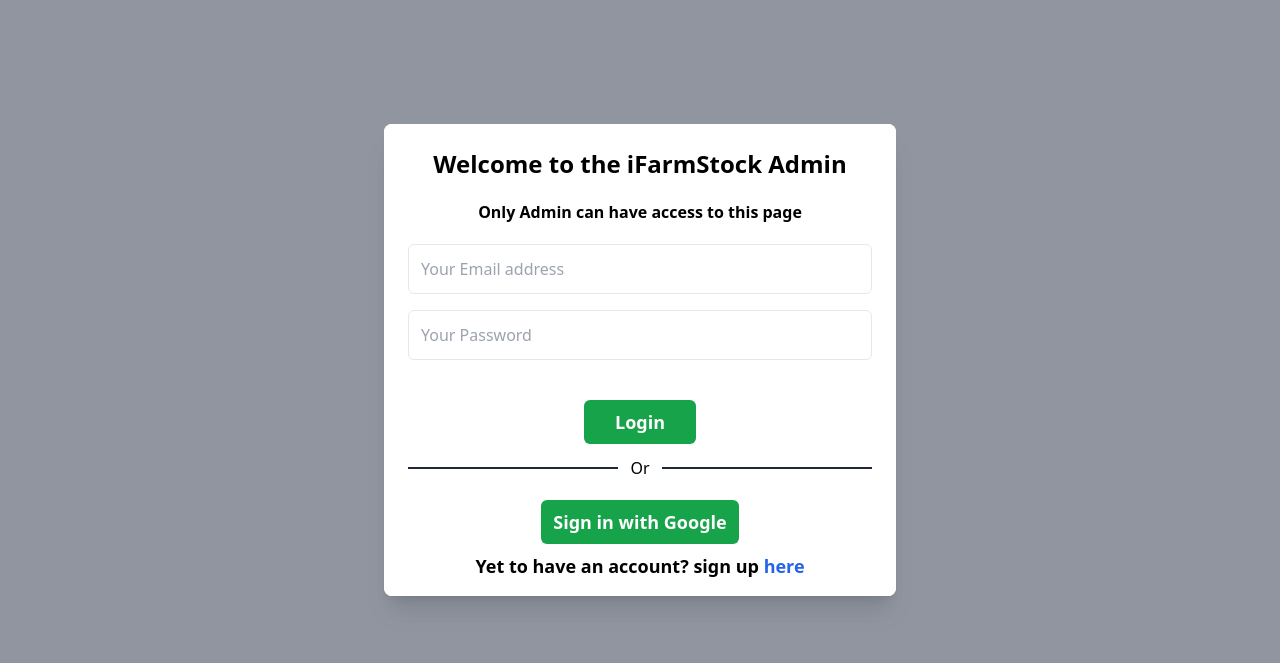
Repository: IssaMuiz/ifarmstock-admin
Page: /
The author's editor kept a copy of each file at every save. The page is drawn from the files as they stood at one save, then again after the next save.
The browser window is 1280 px wide. The pictures show the whole page.
The project was rebuilt for these pictures with package versions that can differ from the ones it lists, and the page was loaded fresh each time. The framework's server and built-in components were replaced by stand-ins that run in the browser. Also part of the build but not shown: next.config.mjs, components/spinner.tsx.

Above is the page before, as saved 2024-09-28 03:29:55.

After the next save:
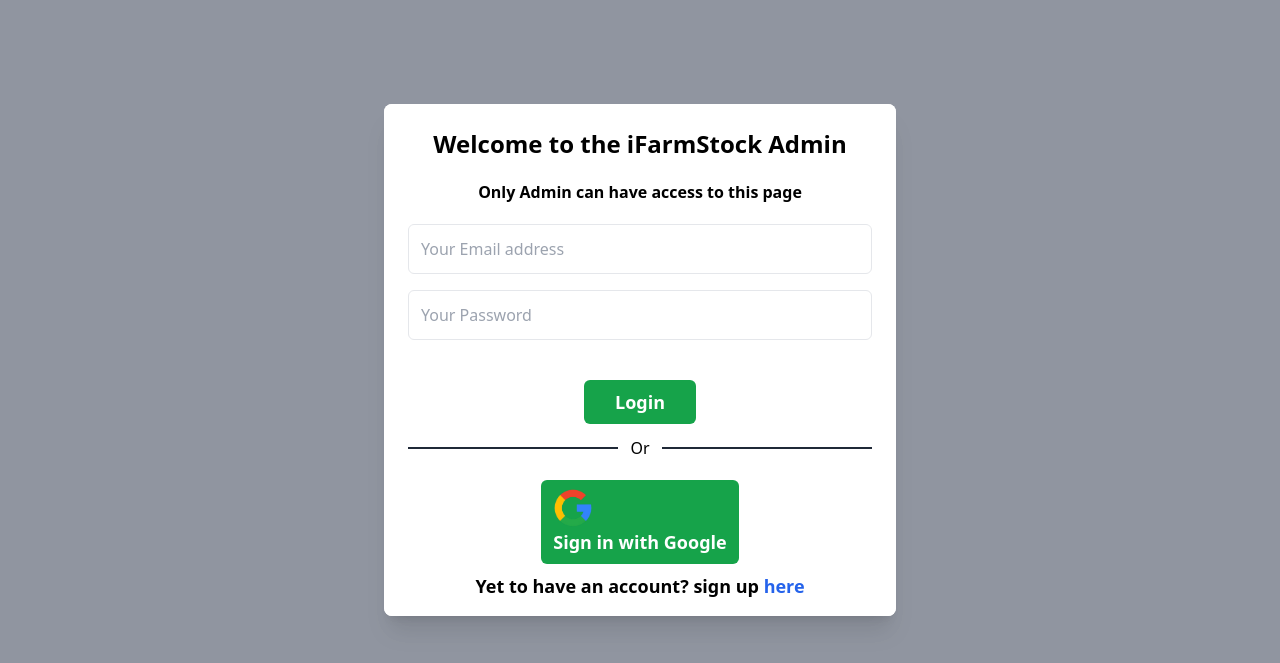
Saved 32 min 11 s later.
--- a/app/page.tsx
+++ b/app/page.tsx
@@ -7,6 +7,7 @@ import { useState } from "react";
 import Link from "next/link";
 import axios from "axios";
 import Spinner from "@/components/spinner";
+import Image from "next/image";
 
 const Login = () => {
   const [loading, setLoading] = useState(false);
@@ -135,9 +136,16 @@ const Login = () => {
                   <hr className="border border-gray-800 w-full"></hr>
                 </div>
                 <button
+                  type="button"
                   onClick={() => signIn("google")}
                   className="bg-green-600 w-max p-2 text-white text-lg rounded-md font-semibold mx-auto mt-2 hover:bg-green-700 px-3 hover:shadow-lg"
                 >
+                  <Image
+                    src="/assets/images/google-image.png"
+                    alt="google-image"
+                    height={40}
+                    width={40}
+                  />
                   Sign in with Google
                 </button>
                 <div className="text-center font-semibold text-lg mt-2">
